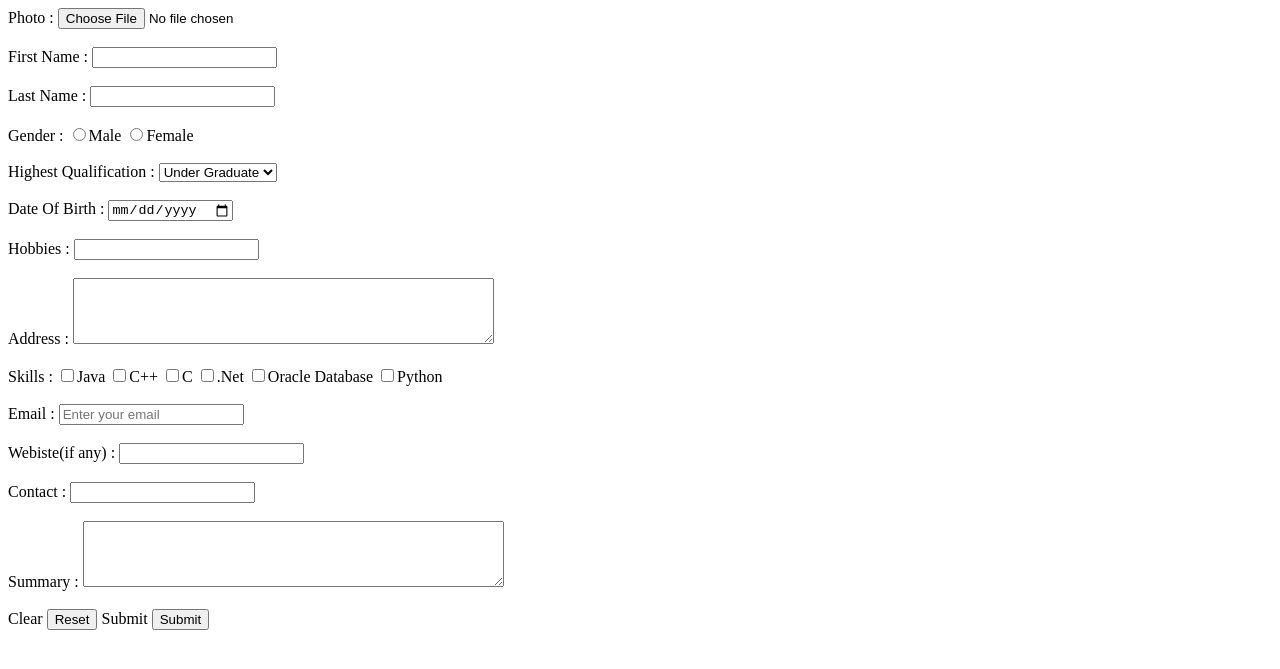
Repository: kiaanMayur/Servlet-Resume-Builder
Page: ResumeBuilder/WebContent/index.html
An editor plug-in stored every save of this project. The page is shown before and after the next save, followed by the edit.
The browser window is 1280 px wide. The pictures show the whole page.

Above is the page before, as saved 2018-08-07 11:05:08.

After the next save:
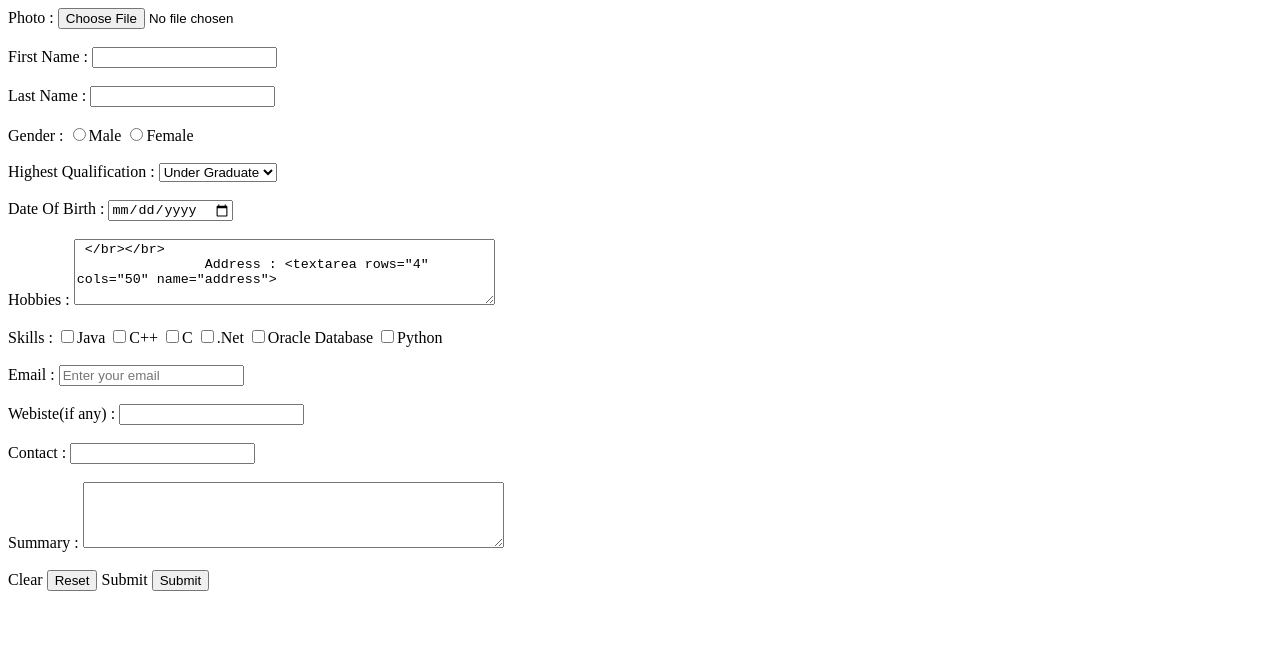
Saved 3 min 36 s later.
--- a/ResumeBuilder/WebContent/index.html
+++ b/ResumeBuilder/WebContent/index.html
@@ -16,15 +16,15 @@
 				<input type="radio" name="Gender">Female
 		</br></br>
 		Highest Qualification : <select>
-				<option value="UnderGraduate">Under Graduate</option>
-				<option value="UnderGraduate">Post Graduate</option>
-				<option value="UnderGraduate">Diploma</option>
-				<option value="UnderGraduate">PHD</option>
+				<option value="UnderGraduate" name="HQ">Under Graduate</option>
+				<option value="UnderGraduate" name="HQ">Post Graduate</option>
+				<option value="UnderGraduate" name="HQ">Diploma</option>
+				<option value="UnderGraduate" name="HQ">PHD</option>
 			</select>
 		</br></br>
-		Date Of Birth : <input type="date"> </br></br>
-		Hobbies : <input type> </br></br>
-		Address : <textarea rows="4" cols="50"></textarea> </br></br>
+		Date Of Birth : <input type="date" name="date"> </br></br>
+		Hobbies : <textarea rows="4" cols="50" name="hobbies"> </br></br>
+		Address : <textarea rows="4" cols="50" name="address"></textarea> </br></br>
 		Skills :
 				<input type="checkbox" value="Java" name="java">Java
 				<input type="checkbox" value="CPP" name="cpp">C++
